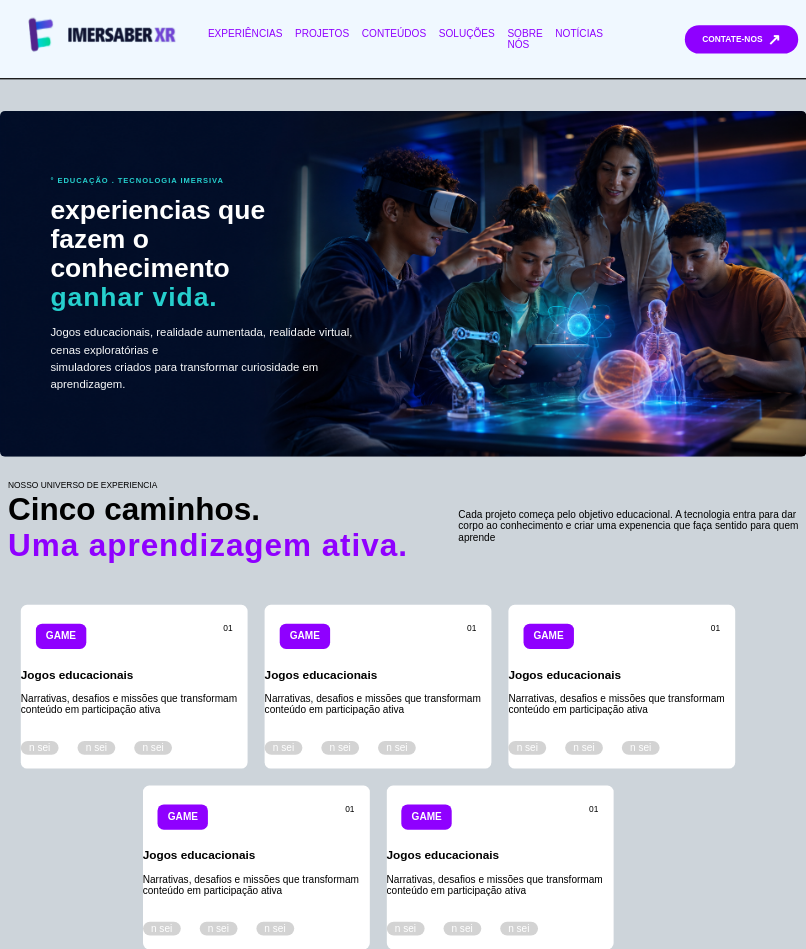
Repository: antonymsantana-design/Avaliacao.Parte.01
Page: html/index.html
These files come from the project's save history. The page is drawn as it stood at one moment and after the next save; the edit follows.
The browser window is 1280 px wide. The pictures show the whole page, at 63% of full size.

Above is the page before, as saved 2026-08-29 18:49:55.

After the next save:
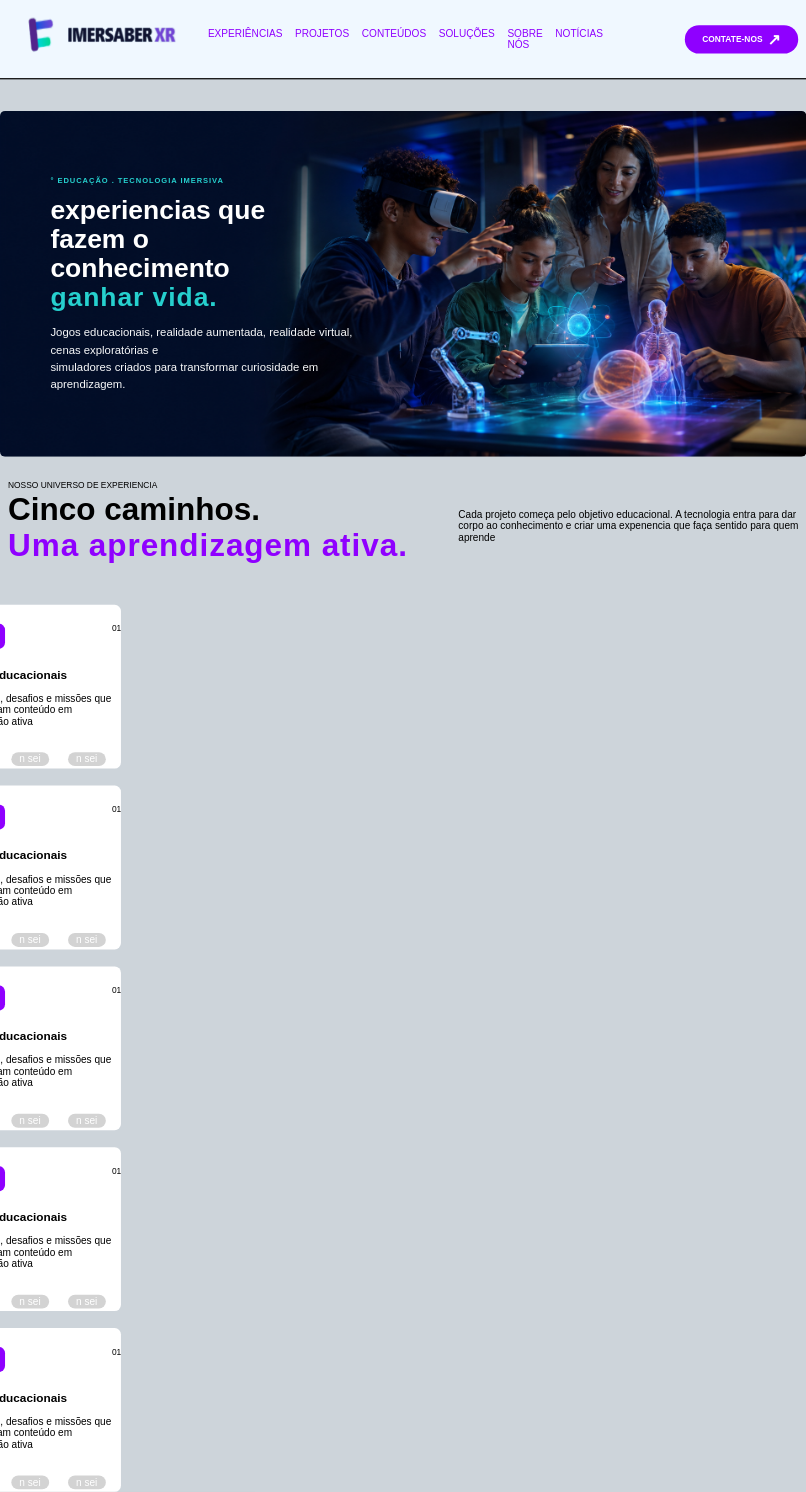
Saved 5 s later.
--- a/css/Style.css
+++ b/css/Style.css
@@ -194,5 +194,5 @@
     justify-content: center;
     gap: 27px;
     flex-wrap: wrap;
-    max-width: 1200px;
+    max-width: 120px;
 }

After the save that followed:
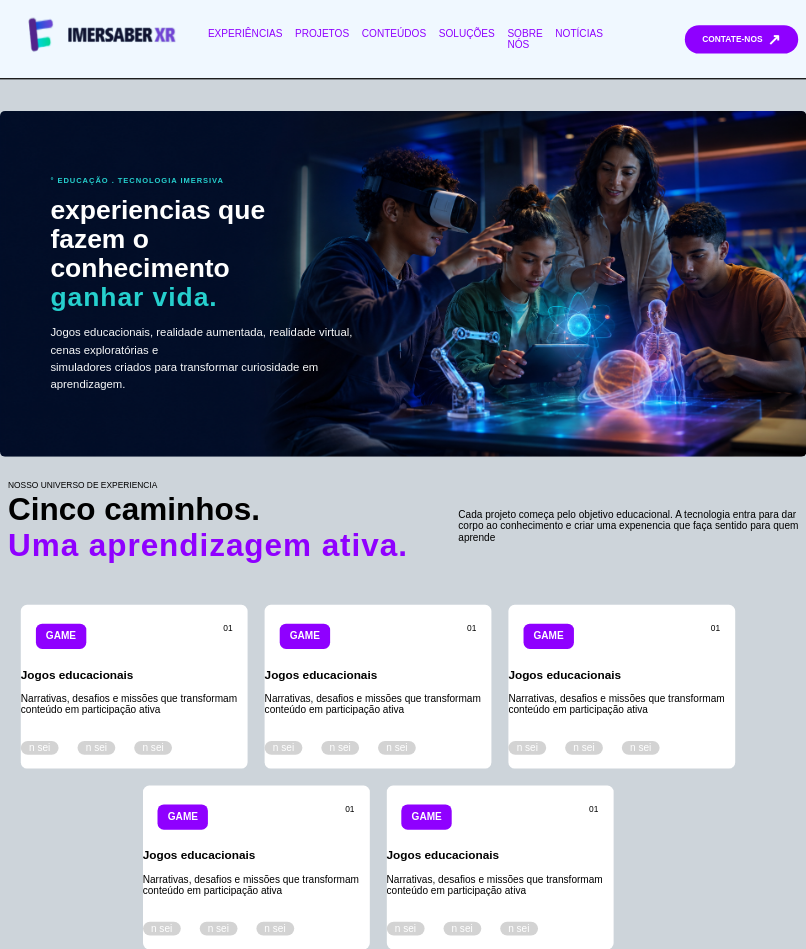
Saved 16 s later.
--- a/css/Style.css
+++ b/css/Style.css
@@ -194,5 +194,5 @@
     justify-content: center;
     gap: 27px;
     flex-wrap: wrap;
-    max-width: 120px;
+    max-width: 1200px;
 }
